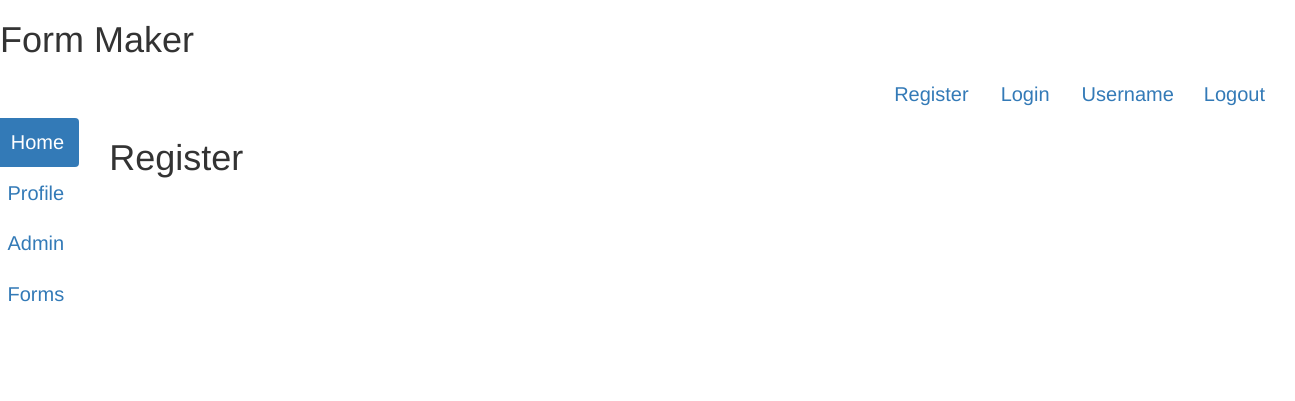
Repository: dishant8/Web-development
Page: public/WebDevWorkspace/experiment/WebContent/CSS/Bootstrap/Register.html
An editor plug-in stored every save of this project. The page is shown before and after the next save, followed by the edit.
The browser window is 1280 px wide. The page is 1295 px wide, so the pictures cover 1295 px, including what lies to the right of the window. The pictures show the whole page.

Above is the page before, as saved 2015-09-30 22:28:37.

### public/WebDevWorkspace/experiment/WebContent/CSS/Bootstrap/Register.html
<!DOCTYPE html>
<html>
<head>
<meta charset="ISO-8859-1">
<title>Home</title>
<!--   <link href="css/bootstrap.min.css" rel="stylesheet" />-->
<link href="app/vendor/bootstrap/dist/css/bootstrap.min.css"
	rel="stylesheet" />

<link rel="stylesheet" href="style.css" />


</head>
<body>
	<div>
		<header id="form">
			<h1>Form Maker</h1>
			<ul class="nav nav-pills">
				<li id="logout" role="presentation"><a href="login.html">Logout</a></li>
				<li id="username" role="presentation"><a href="home.html">Username</a></li>
				<li id="login" role="presentation"><a href="login.html">Login</a></li>
				<li id="register" role="presentation"><a href="register.html">Register</a></li>
			</ul>
		</header>



	</div>

	<div class="row">

		<div class="col-xs-1">

			<ul class="nav nav-pills nav-stacked">
				<li role="presentation" class="active"><a href="home.html">Home</a></li>
				<li role="presentation"><a href="profile.html">Profile</a></li>
				<li role="presentation"><a href="admin.html">Admin</a></li>
				<li role="presentation"><a href="forms.html">Forms</a></li>
			</ul>
		</div>

		<div class="col-xs-11">
			<h1>Register</h1>

		</div>

### public/WebDevWorkspace/experiment/WebContent/CSS/Bootstrap/style.css
body{
margin="10px";
padding="10px";

}

.col-md-1{
	border-right: black solid medium;
	border-top: black solid medium;
	border-bottom: black solid medium;
	border-left: black solid medium;
	font-size :15px;

}

#form{
		font-size: 20px;
	}


.contain{
		border-bottom: black solid medium;
	border-top: black solid medium;
	border-right: black solid medium;
	border-left: black solid medium;
	margin-top: 30 px;
	margin-bottom: 30 px;
	margin-left: 30 px;
	margin-right: 30 px;

}

#navigate{
	float= right;
	font-size: 20px;
}

.nav-pills>li{
	float: right;
	font-size: 20px;
}

Loaded but not shown: public/WebDevWorkspace/experiment/WebContent/CSS/Bootstrap/app/vendor/bootstrap/dist/css/bootstrap.min.css (library)

After the next save:
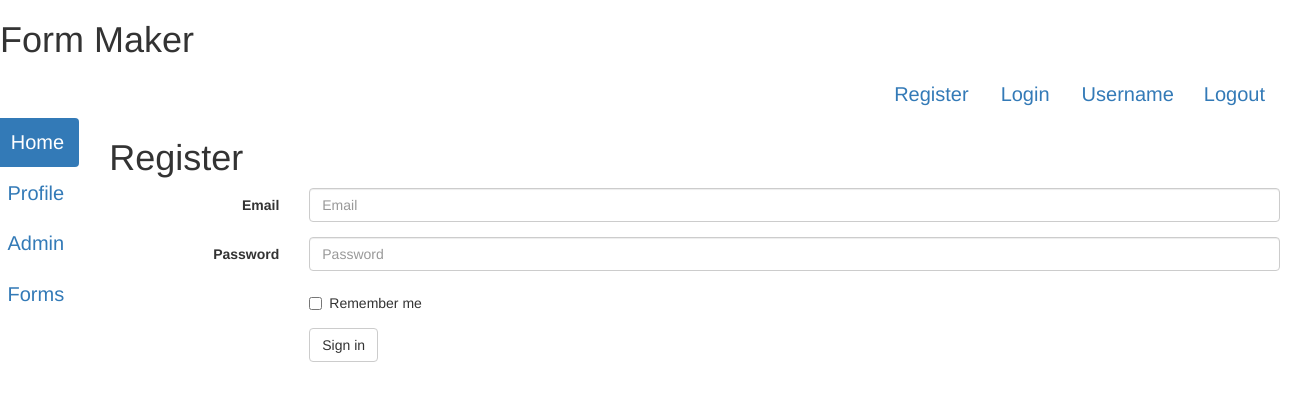
Saved 18 s later.
--- a/public/WebDevWorkspace/experiment/WebContent/CSS/Bootstrap/Register.html
+++ b/public/WebDevWorkspace/experiment/WebContent/CSS/Bootstrap/Register.html
@@ -41,5 +41,34 @@
 
 		<div class="col-xs-11">
 			<h1>Register</h1>
+			<form class="form-horizontal">
+  <div class="form-group">
+    <label for="inputEmail3" class="col-sm-2 control-label">Email</label>
+    <div class="col-sm-10">
+      <input type="email" class="form-control" id="inputEmail3" placeholder="Email">
+    </div>
+  </div>
+  <div class="form-group">
+    <label for="inputPassword3" class="col-sm-2 control-label">Password</label>
+    <div class="col-sm-10">
+      <input type="password" class="form-control" id="inputPassword3" placeholder="Password">
+    </div>
+  </div>
+  <div class="form-group">
+    <div class="col-sm-offset-2 col-sm-10">
+      <div class="checkbox">
+        <label>
+          <input type="checkbox"> Remember me
+        </label>
+      </div>
+    </div>
+  </div>
+  <div class="form-group">
+    <div class="col-sm-offset-2 col-sm-10">
+      <button type="submit" class="btn btn-default">Sign in</button>
+    </div>
+  </div>
+</form>
+
 
 		</div>
